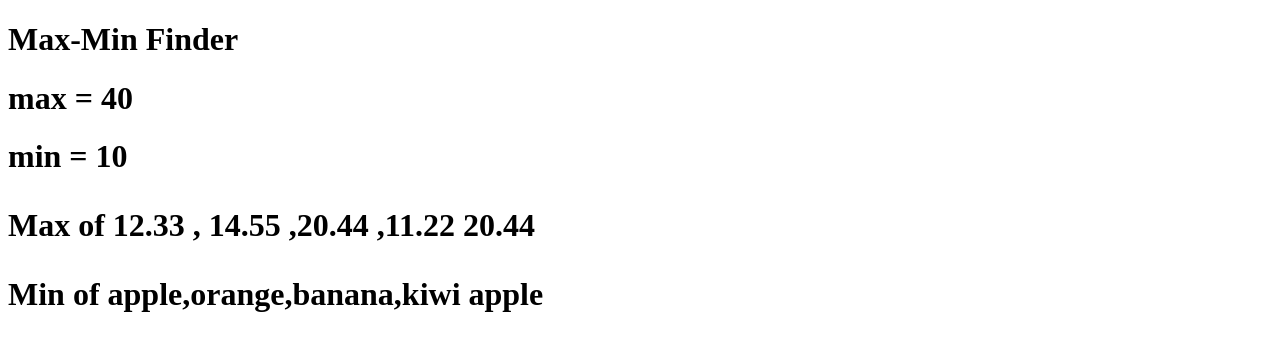
Repository: ZawMinKhantOrLeon/JavaEEWS
Page: http://localhost/jsp_servlet/max-min.jsp
The author's editor kept a copy of each file at every save. The page is drawn from the files as they stood at one save, then again after the next save.
The browser window is 1280 px wide. The pictures show the whole page.
The page is served by Tomcat 10. Other server files are loaded and not shown.

Above is the page before, as saved 2024-02-15 05:03:35.

### jsp_servlet/src/main/webapp/max-min.jsp
<%@page import="utils.MinMaxFinder"%>
<%@ page language="java" contentType="text/html; charset=ISO-8859-1"
    pageEncoding="ISO-8859-1"%>
<!DOCTYPE html>
<html>
<head>
<meta charset="ISO-8859-1">
<title>Insert title here</title>
</head>
<body>
    <h1>Max-Min Finder</h1>
    <%!

    %>
	<%
		//logic
		int max= MinMaxFinder.max(10,20,40,15);
		out.print("<h1> max = "+max+"<h1>");

		int min= MinMaxFinder.min(10,20,40,15);
		out.print("<h1> min = "+min+"<h1>");
	%>

	<p>Max of 12.33 , 14.55 ,20.44 ,11.22 <%= MinMaxFinder.max(12.33,14.55,20.44,11.22) %>
	<p>Min of apple,orange,banana,kiwi <%= MinMaxFinder.min("apple", "orange", "banana", "kiwi") %>
</body>
</html>

### jsp_servlet/src/main/java/utils/MinMaxFinder.java
package utils;

public final class MinMaxFinder {

	private MinMaxFinder() {

	}
	public static <T extends Comparable<T>> T max(T one,T two,T three,T four){
		T max=one;

		if(two.compareTo(max) > 0)
			max=two;

		if(three.compareTo(max) > 0)
			max=three;

		if(four.compareTo(max) > 0)
			max=four;

		 return max;
     }

	public static <T extends Comparable<T>> T min(T one,T two,T three,T four){
		T min=one;

		if(two.compareTo(min) < 0)
			min=two;

		if(three.compareTo(min) < 0)
			min=three;

		if(four.compareTo(min) < 0)
			min=four;

		 return min;
     }
}

After the next save:
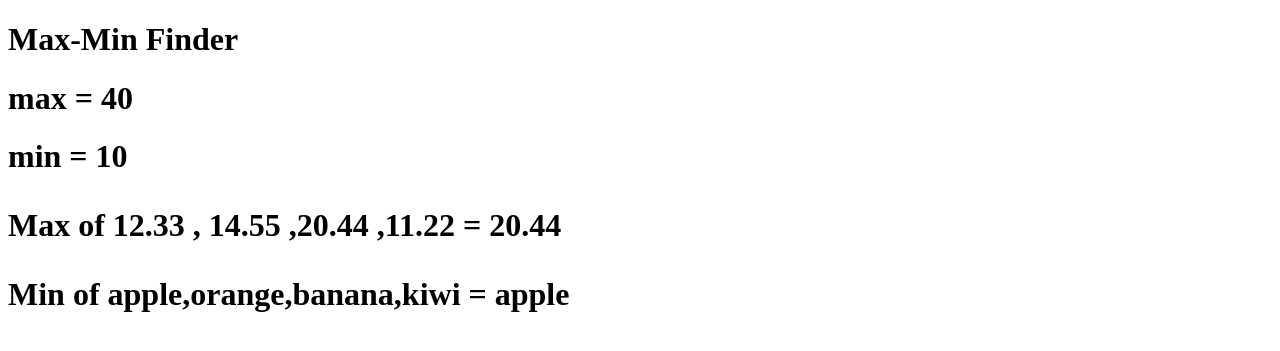
Saved 24 s later.
--- a/jsp_servlet/src/main/webapp/max-min.jsp
+++ b/jsp_servlet/src/main/webapp/max-min.jsp
@@ -21,7 +21,7 @@
 		out.print("<h1> min = "+min+"<h1>");
 	%>
 
-	<p>Max of 12.33 , 14.55 ,20.44 ,11.22 <%= MinMaxFinder.max(12.33,14.55,20.44,11.22) %>
-	<p>Min of apple,orange,banana,kiwi <%= MinMaxFinder.min("apple", "orange", "banana", "kiwi") %>
+	<p>Max of 12.33 , 14.55 ,20.44 ,11.22 =  <%= MinMaxFinder.max(12.33,14.55,20.44,11.22) %>
+	<p>Min of apple,orange,banana,kiwi = <%= MinMaxFinder.min("apple", "orange", "banana", "kiwi") %>
 </body>
 </html>
